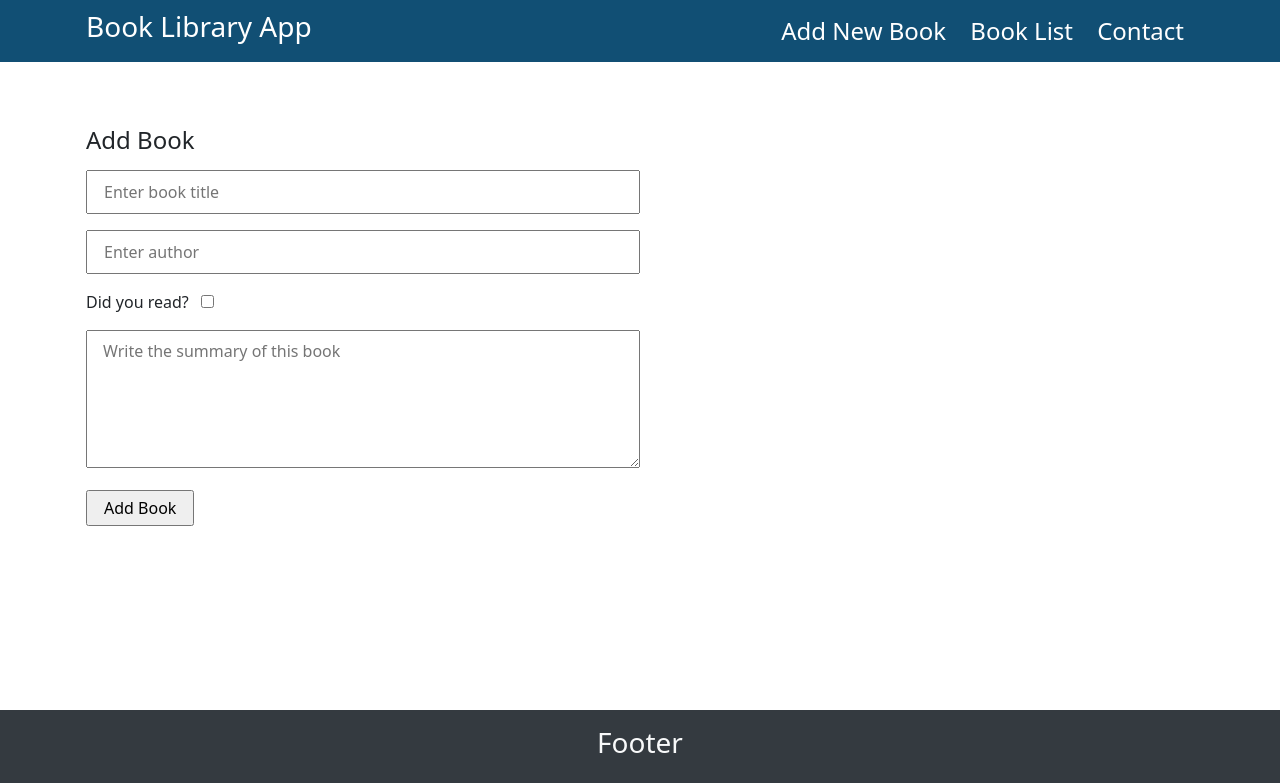
Repository: just-mann/booklibrary-app
Page: http://localhost/
These files come from the project's save history. The page is drawn as it stood at one moment and after the next save; the edit follows.
The browser window is 1280 px wide. The pictures show the whole page.
The page is served by the project's Node server (app.js).

Above is the page before, as saved 2021-06-06 04:07:11.

### views/index.ejs
<!DOCTYPE html>
<html lang="en">
<%- include('./partials/Header') %>
<body>
    <%- include('./partials/Navbar') %>
      <div class="container py-2 home">
        <div class="w-50 p-5 py-2 px-0">
          <form action="/books" method="POST" class="p-5 px-0">
            <h4>Add Book</h4>
              <div class="my-3">
                <input class="px-3 py-2 title w-100" type="text" name="title" id="title" placeholder="Enter book title" required>
              </div>
              <div class="my-3">
                <input class="px-3 py-2 author w-100" type="text" name="author" id="author" placeholder="Enter author" required>
              </div>
              <div class="my-3">
                <label for="isRead" class="mr-2">Did you read?</label>
                <input class="px-3 py-2 isRead" type="checkbox" name="isRead" id="isRead">
              </div>
              <div class="my-3">
                <textarea class="px-3 py-2 isRead w-100" name="summary" id="summary" cols="30" rows="5" placeholder="Write the summary of this book" required></textarea>
              </div>
              <div class="my-3">
                <input class="px-3 py-1 submitBtn" type="submit" value="Add Book">
              </div>
          </form>
        </div>
      </div>
    <%- include('./partials/Footer') %>
</body>
</html>

### views/partials/Header.ejs
<head>
    <meta charset="UTF-8">
    <meta name="viewport" content="width=device-width, initial-scale=1.0">
    <title><%= title %></title>
    <link rel="stylesheet" href="https://stackpath.bootstrapcdn.com/bootstrap/5.0.0-alpha1/css/bootstrap.min.css" integrity="sha384-r4NyP46KrjDleawBgD5tp8Y7UzmLA05oM1iAEQ17CSuDqnUK2+k9luXQOfXJCJ4I" crossorigin="anonymous">
    <script src="https://cdn.jsdelivr.net/npm/popper.js@1.16.0/dist/umd/popper.min.js" integrity="sha384-Q6E9RHvbIyZFJoft+2mJbHaEWldlvI9IOYy5n3zV9zzTtmI3UksdQRVvoxMfooAo" crossorigin="anonymous"></script>
    <link rel="stylesheet" href="https://unpkg.com/aos@next/dist/aos.css" />
    <link rel="stylesheet" href="https://unpkg.com/aos@next/dist/aos.css" />
    <script src="https://stackpath.bootstrapcdn.com/bootstrap/5.0.0-alpha1/js/bootstrap.min.js" integrity="sha384-oesi62hOLfzrys4LxRF63OJCXdXDipiYWBnvTl9Y9/TRlw5xlKIEHpNyvvDShgf/" crossorigin="anonymous"></script>
    <link rel="stylesheet" href="/style.css">
  </head>

### views/partials/Navbar.ejs
<nav class="container-fluid sticky-top">
    <div class="container">
        <a href="/" class="logo"><h3>Book Library App</h3></a>
        <div class="nav__links">
            <a href="/">Add New Book</a>
            <a href="/booklist">Book List</a>
            <a href="/contact">Contact</a>
        </div>
    </div>
</nav>

### views/partials/Footer.ejs
<footer class="bg-dark py-3 text-light text-center">
    <script src="https://ajax.googleapis.com/ajax/libs/jquery/3.5.1/jquery.min.js"></script>
    <script src="/script.js"></script>
    <div class="container">
        <h3>Footer</h3>
    </div>
</footer>
<script src="https://unpkg.com/aos@next/dist/aos.js"></script>
<script>
  AOS.init();
</script>

### app.js
const express = require('express'); //import express package
const app = express(); //initialize the express app
const bodyParser = require('body-parser') //import body-parser to handle data from the form
const MongoClient = require('mongodb').MongoClient; //import the mongodbClient
const { ObjectId } = require('bson');
const dbName = 'myBookList';
const dbCollectionName = 'bookCollection';

const PORT = process.env.PORT || 5000;


// Configure the body-parser
app.use(bodyParser.urlencoded({ extended: true }));


// Make static files accessible
app.use(express.static('public'));


// Set View Engine
app.set('view engine', 'ejs');



// Connect to Database
const dbURI = 'mongodb+srv://bookUser:cUk4rECaXyAWsNz8@crud-tutorial.xd65d.mongodb.net/myBookList?retryWrites=true&w=majority';
MongoClient.connect(dbURI, { useUnifiedTopology: true })
    .then(client => {

        app.listen(PORT, () => {
            console.log(`App is now running on PORT ${PORT} and Database: ${dbName} is connected`)
        });

        const db = client.db(`${dbName}`);

        const myCollection = db.collection(`${dbCollectionName}`);

        app.post('/books', (req, res) => {
            myCollection.insertOne(req.body)
                .then(result => {
                    console.log('Item added to database...');
                })
                .catch(err => console.log(err));
            res.redirect('bookList');
        })

        app.get('/booklist', (req, res) => {
            myCollection.find().sort({_id: -1}).toArray()
                .then(result => {
                    res.render('bookList', { myList: result, title: "Book List" });
                })
                .catch(err => console.log(err));
        })


        app.get('/booklist/:id', (req, res) => {
            const id = req.params.id;
            myCollection.findOne({ _id: ObjectId(`${id}`)})
                .then(result => {
                    res.render('details', { singleBook: result, title: `Book Detail  -  ${result.title}` })
                })
                .catch(err => console.log(err));
        })


        app.delete('/booklist/:id', (req, res) => {
            const id = req.params.id;
            myCollection.deleteOne({_id: ObjectId(`${id}`)})
                .then(result => {
                    res.json({ redirect: '/booklist'})
                })
                .catch(err => console.log(err));
        })


        app.get('/', (req, res) => {
            res.render('index', { title: "Add New Book" });
        })


        app.get('/contact', (req, res) => {
            res.render('contact', { title: "Contact Me" });
        })

        app.use((req, res) => {
            res.status(404).render('404', { title: '404, Page Not Found'});
        })

    })
    .catch(err => console.log(err));

### public/style.css
* {
    padding: 0;
    margin: 0;
    box-sizing: border-box;
}
body {
    min-height: 100vh;
}

a {
    text-decoration: none;
}

nav {
    background-color: #114f74;
    padding: 10px 0px;
}

nav .container {
    display: flex;
    justify-content: space-between;
    align-items: center;
}

nav .container .logo h3 {
    color: #ffffff;
    font-weight: 350;
}

nav .container .nav__links {
    color: #ffffff;
}

nav .container .nav__links a {
    color: #ffffff;
    font-size: 1.5rem;
    padding: 10px 0px;
    margin: 0px 10px;
    font-weight: 300;
}

.nav__links a:hover {
    color: red;
}

.listDiv {
    display: flex;
    grid-template-columns: repeat(3, 1fr);
}

.list {
    max-width: 350px;
    min-height: 150px;
    margin: 0px 15px;
    background-color: #e2e2e2;
    border-left: 15px solid #41a1b9;
    opacity: 0.9;
    transition: opacity 0.6s;
}

.list:hover {
    opacity: 1;
}


/* Home Page */
.home {
    height: 90vh;
}



/* Book List Page */
.bookList {
    min-height: 82vh;
}






/* details page */
.details {
    height: 100vh;
}



.bookSummary {
    max-width: 1100px;
    background: yellow;
}



/* Contact Page */
.contact {
    height: 85vh;
}

Loaded but not shown: public/script.js (no stored copy; drawn as an empty file)

After the next save:
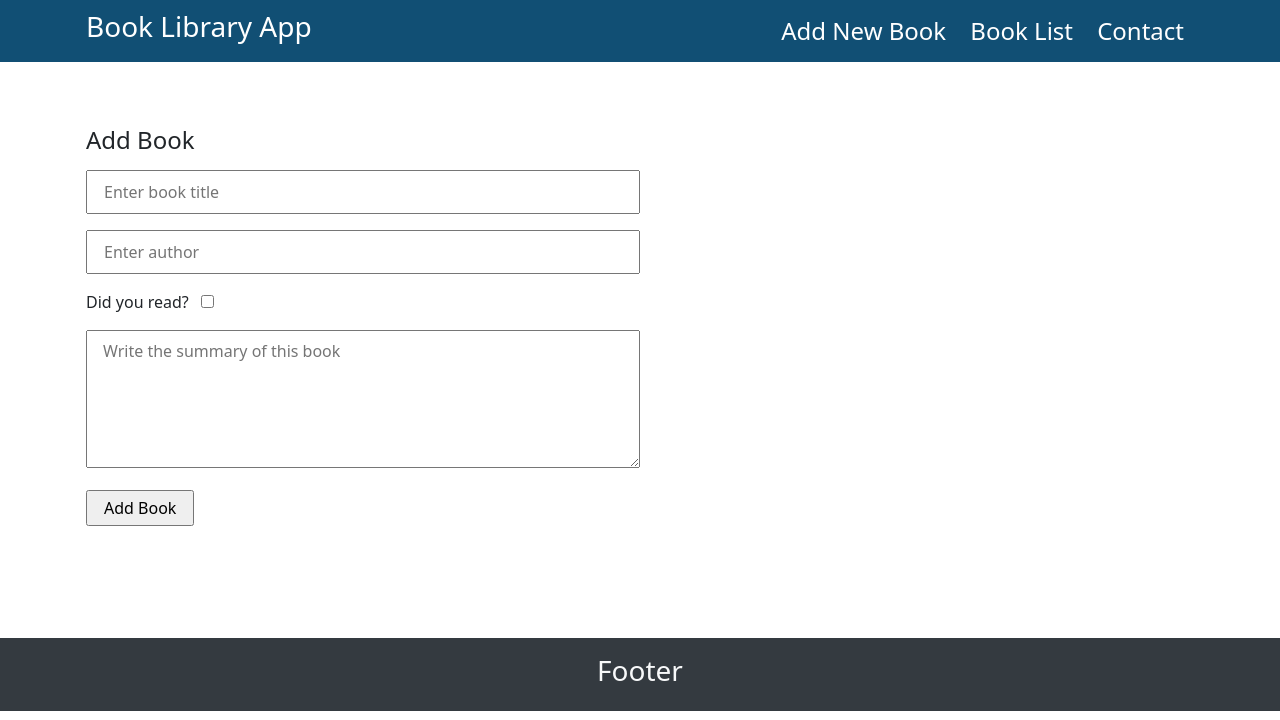
Saved 13 s later.
--- a/public/style.css
+++ b/public/style.css
@@ -65,7 +65,7 @@ nav .container .nav__links a {
 
 /* Home Page */
 .home {
-    height: 90vh;
+    height: 80vh;
 }
 
 
